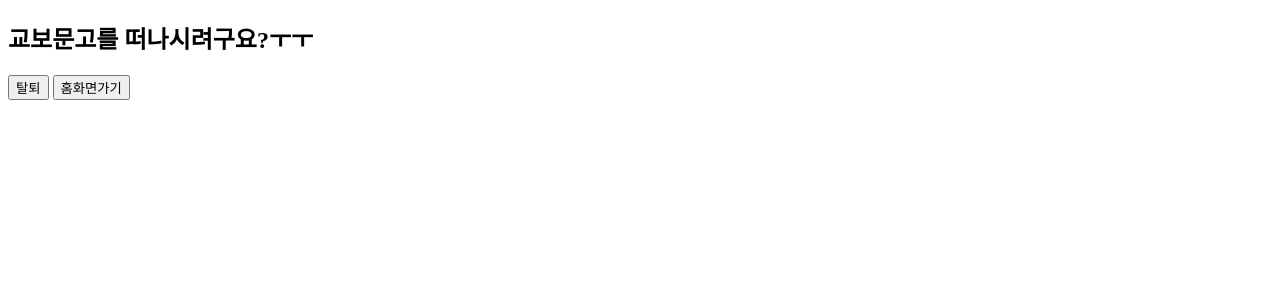
Repository: Yundanbi/Kyobo
Page: http://localhost/kyobo/member/deactvation.jsp
An editor plug-in stored every save of this project. The page is shown before and after the next save, followed by the edit.
The browser window is 1280 px wide. The pictures show the whole page.
The page is served by Tomcat 9. Other server files are loaded and not shown.

Above is the page before, as saved 2025-06-17 04:10:30.

### kyobo/src/main/webapp/member/deactvation.jsp
<%@ page language="java" contentType="text/html; charset=UTF-8"
pageEncoding="UTF-8"%>
<!DOCTYPE html>
<html>
<head>
<meta charset="UTF-8">
<title>회원탈퇴</title>
</head>
<body>
<form method="get" action="delete.do">
<h2>교보문고를 떠나시려구요?ㅜㅜ</h2>
<input type="submit" value="탈퇴">
<input type="button" value="홈화면가기" onclick="location.href='/kyobo/index.jsp'">
</form>

</body>
</html>

After the next save:
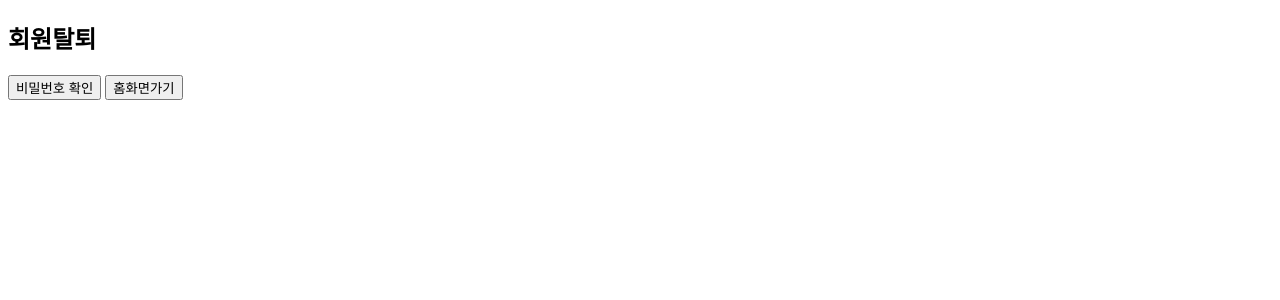
Saved 33 s later.
--- a/kyobo/src/main/webapp/member/deactvation.jsp
+++ b/kyobo/src/main/webapp/member/deactvation.jsp
@@ -8,8 +8,8 @@
 </head>
 <body>
 <form method="get" action="delete.do">
-<h2>교보문고를 떠나시려구요?ㅜㅜ</h2>
-<input type="submit" value="탈퇴">
+<h2>회원탈퇴</h2>
+<input type="submit" value="비밀번호 확인">
 <input type="button" value="홈화면가기" onclick="location.href='/kyobo/index.jsp'">
 </form>
 
